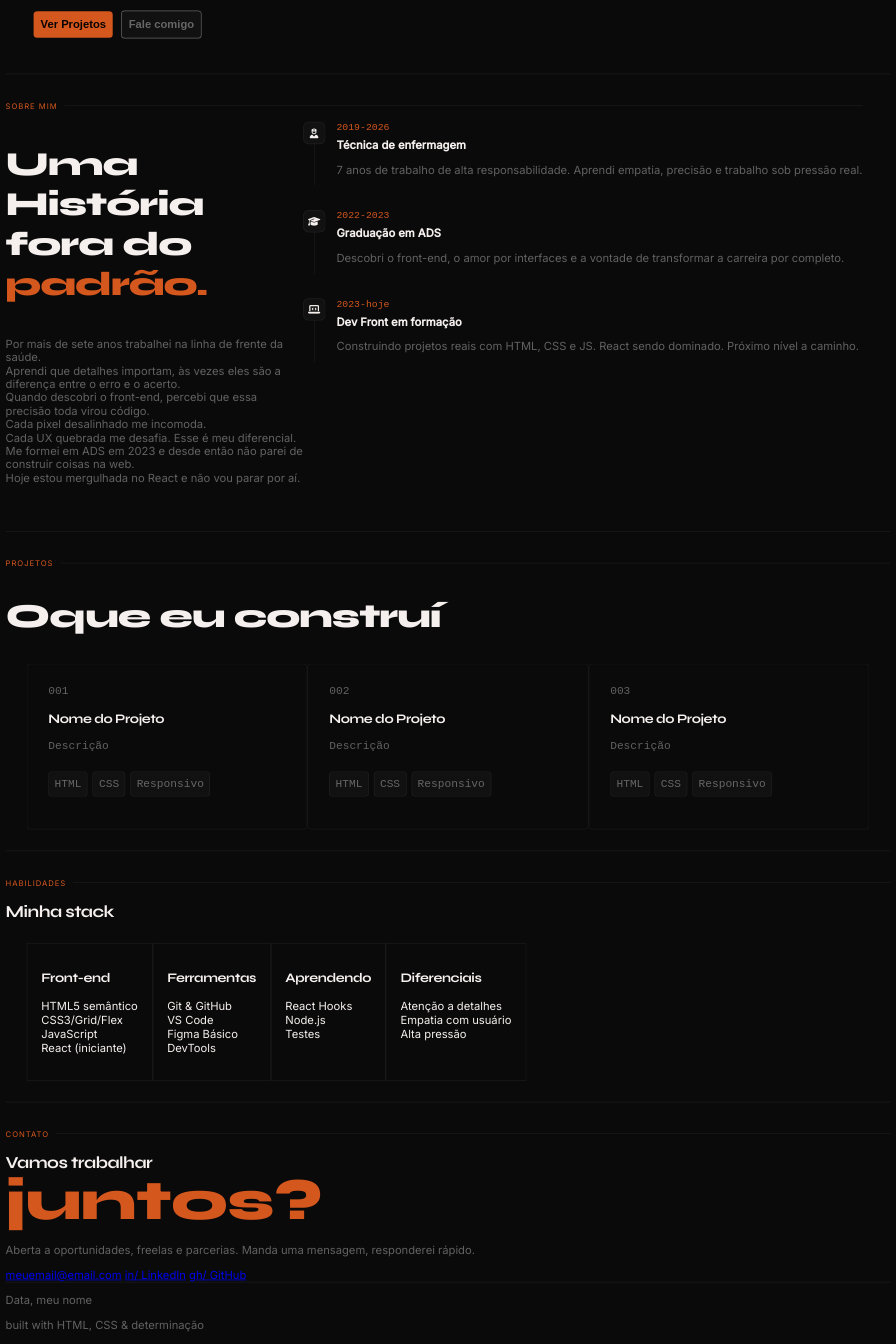
Repository: Bitroia/Portifolio
Page: index.html
These files come from the project's save history. The page is drawn as it stood at one moment and after a run of saves; the edit follows.
The browser window is 1280 px wide. The pictures show the part of the page from y = 710 to 2630 px (the page is 2630 px tall), at 70% of full size.
Some web fonts or font styles are not loaded; a fallback is used.

Above is the page before, as saved 2026-04-30 19:03:33.

### index.html
<!doctype html>
<html lang="pt-br">
  <head>
    <meta charset="UTF-8" />
    <meta name="viewport" content="width=device-width, initial-scale=1.0" />
    <link rel="stylesheet" href="styles/style.css" />
    <script src="scripts/script.js" defer></script>
    <link
      href="https://fonts.googleapis.com/css2?family=Syne:wght@400;700;800&family=Inter:wght@300;400;500&display=swap"
      rel="stylesheet"
    />
    <link
      href="https://fonts.googleapis.com/css2?family=Syne:wght@400;700;800&family=Syne+Mono&family=Inter:wght@300;400;500&display=swap"
      rel="stylesheet"
    />
    <link
      rel="stylesheet"
      href="https://cdnjs.cloudflare.com/ajax/libs/font-awesome/6.5.0/css/all.min.css"
    />
    <title>Meu portifólio</title>
  </head>
  <body>
    <header>
      <nav id="nav-container">
        <h2>vitoria.cardozo</h2>
        <ul id="ul-container">
          <li><a href="#">SOBRE</a></li>
          <li><a href="#">PROJETOS</a></li>
          <li><a href="#">SKILLS</a></li>
          <li><a href="#">CONTATO</a></li>
        </ul>
      </nav>
    </header>
    <main>
      <section id="hero-section">
        <section id="sections-container">
          <section id="introduction-section">
            <div id="available-container">
              <span class="dot-2"></span>
              <p class="available-p">Disponível para oportunidades</p>
            </div>
            <span class="line-1">Front-end</span>
            <span class="line-2">que veio da</span>
            <span class="accent">linha de frente</span>
            <p class="p-introduction">
              Da enfermagem para o código. Construo interfaces <br />
              com a mesma precisão que aprendi cuidando de <br />
              pessoas. ADS 2023. HTML, CSS, JS. React no forno.
            </p>
            <button id="projects-btn">Ver Projetos</button>
            <button id="talk-to-me-btn">Fale comigo</button>
          </section>
          <section id="secondary-section">
            <div id="info-container">
              <div class="terminal-bar">
                <span class="dot red"></span>
                <span class="dot yellow"></span>
                <span class="dot green"></span>
                <span class="terminal-title">perfil.json</span>
              </div>
              <div id="code-info-container">
                <pre><code><span class="t-comment">// desenvolvendo front-end</span>
          {
        <span class="t-key">"nome"</span>: <span class="t-str">"Vitoria Cardozo"</span>,
        <span class="t-key">"stack"</span>: [<span class="t-str">"HTML"</span>, <span class="t-str">"CSS"</span>, <span class="t-str">"JS"</span>, <span class="t-str">"React"</span>],
        <span class="t-key">"formação"</span>: <span class="t-str">"ADS 2023"</span>,
        <span class="t-key">"background"</span>: <span class="t-str">"Enfermagem"</span>,
        <span class="t-key">"status"</span>: <span class="t-const">open_to_work</span>
         }
                </code></pre>
              </div>
            </div>
            <ul class="mini-cards-container">
              <li class="mini-card">
                <span class="num">5+</span>
                <span class="label">Anos desenvolvendo atenção a detalhes</span>
              </li>
              <li class="mini-card">
                <span class="num">ADS</span>
                <span class="label"
                  >Graduação em Análise e desenvolvimento de Sistemas</span
                >
              </li>
              <li class="mini-card">
                <span class="num">3+</span>
                <span class="label">Projetos front-end no portfólio</span>
              </li>
              <li class="mini-card">
                <span class="num">&#8734;</span>
                <span class="label">Vontade de aprender e crescer</span>
              </li>
            </ul>
          </section>
        </section>
      </section>
      <section id="about-me-section">
        <span class="title">Sobre mim</span>
        <section id="history-section">
          <h1 class="font-history">
            <span class="font-history-1">Uma História</span><br />fora do
            <span class="font-history-2">padrão.</span>
          </h1>
          <p>
            Por mais de sete anos trabalhei na linha de frente da saúde. <br />
            Aprendi que detalhes importam, às vezes eles são a diferença entre o
            erro e o acerto. <br />
            Quando descobri o front-end, percebi que essa precisão toda virou
            código. <br />
            Cada pixel desalinhado me incomoda. <br />
            Cada UX quebrada me desafia. Esse é meu diferencial. <br />
            Me formei em ADS em 2023 e desde então não parei de construir coisas
            na web. <br />
            Hoje estou mergulhada no React e não vou parar por aí.
          </p>
        </section>
        <section id="experiences-section">
          <dl class="experiences-list">
            <div class="exp-row">
              <div class="exp-item">
                <div class="box-icon">
                  <i class="fa-solid fa-user-nurse icon"></i>
                </div>
              </div>
              <div class="exp-content">
                <dt class="date-exp">2019-2026</dt>
                <dd class="desc-exp">
                  <strong>Técnica de enfermagem</strong>
                  <p>
                    7 anos de trabalho de alta responsabilidade. Aprendi
                    empatia, precisão e trabalho sob pressão real.
                  </p>
                </dd>
              </div>
            </div>
            <div class="exp-row">
              <div class="exp-item">
                <div class="box-icon">
                  <i class="fa-solid fa-graduation-cap icon"></i>
                </div>
              </div>
              <div class="exp-content">
                <dt class="date-exp">2022-2023</dt>
                <dd class="desc-exp">
                  <strong>Graduação em ADS</strong>
                  <p>
                    Descobri o front-end, o amor por interfaces e a vontade de
                    transformar a carreira por completo.
                  </p>
                </dd>
              </div>
            </div>
            <div class="exp-row">
              <div class="exp-item">
                <div class="box-icon">
                  <i class="fa-solid fa-laptop-code icon"></i>
                </div>
              </div>
              <div class="exp-content">
                <dt class="date-exp">2023-hoje</dt>
                <dd class="desc-exp">
                  <strong>Dev Front em formação</strong>
                  <p>
                    Construindo projetos reais com HTML, CSS e JS. React sendo
                    dominado. Próximo nível a caminho.
                  </p>
                </dd>
              </div>
            </div>
          </dl>
        </section>
      </section>
      <section id="projects-section">
        <span class="title">Projetos</span>
        <h2 class="font-build">Oque eu construí</h2>
        <div id="article-container">
          <article class="project-card">
            <a href="#" class="link-overlay" target="_blank"></a>
            <span class="num-article">001</span>
            <h3>Nome do Projeto</h3>
            <p>Descrição</p>
            <ul class="tech-tags">
              <li>HTML</li>
              <li>CSS</li>
              <li>Responsivo</li>
            </ul>
          </article>
          <article class="project-card">
            <a href="#" class="link-overlay" target="_blank"></a>
            <span class="num-article">002</span>
            <h3>Nome do Projeto</h3>
            <p>Descrição</p>
            <ul class="tech-tags">
              <li>HTML</li>
              <li>CSS</li>
              <li>Responsivo</li>
            </ul>
          </article>
          <article class="project-card">
            <a href="#" class="link-overlay" target="_blank"></a>
            <span class="num-article">003</span>
            <h3>Nome do Projeto</h3>
            <p>Descrição</p>

            <ul class="tech-tags">
              <li>HTML</li>
              <li>CSS</li>
              <li>Responsivo</li>
            </ul>
          </article>
        </div>
      </section>
      <section id="skills-section">
        <span class="title">Habilidades</span>
        <h1>Minha stack</h1>
        <div id="stacks-container">
          <article class="stack-card">
            <h3>Front-end</h3>
            <ul class="stack-ul">
              <li>HTML5 semântico</li>
              <li>CSS3/Grid/Flex</li>
              <li>JavaScript</li>
              <li>React (iniciante)</li>
            </ul>
          </article>
          <article class="stack-card">
            <h3>Ferramentas</h3>
            <ul class="stack-ul">
              <li>Git & GitHub</li>
              <li>VS Code</li>
              <li>Figma Básico</li>
              <li>DevTools</li>
            </ul>
          </article>
          <article class="stack-card">
            <h3>Aprendendo</h3>
            <ul class="stack-ul">
              <li>React Hooks</li>
              <li>Node.js</li>
              <li>Testes</li>
            </ul>
          </article>
          <article class="stack-card">
            <h3>Diferenciais</h3>
            <ul class="stack-ul">
              <li>Atenção a detalhes</li>
              <li>Empatia com usuário</li>
              <li>Alta pressão</li>
            </ul>
          </article>
        </div>
      </section>
      <section id="go-to-work-section">
        <span class="title">Contato</span>
        <h1>
          Vamos trabalhar
          <span class="accent">juntos?</span>
        </h1>
        <p>
          Aberta a oportunidades, freelas e parcerias. Manda uma mensagem,
          responderei rápido.
        </p>
        <a href="#" class="contact-link">meuemail@email.com</a>
        <a href="#" class="contact-link">in/ LinkedIn</a>
        <a href="#" class="contact-link">gh/ GitHub</a>
      </section>
    </main>
    <footer>
      <p>Data, meu nome</p>
      <p>built with HTML, CSS & determinação</p>
    </footer>
  </body>
</html>

### styles/style.css
:root {
  --fundo-geral: #0a0a0a;
  --fundo-cards: #111111;
  --hovers: #d8b5b5;
  --text: #f5f0ee;
  --second-text: #f5f0ee61;
  --dark-text: #050202;
  --accent: #d4571e;
  --accent-hover: #ff6a2a;
  --border: #f5f0ee12;
  --t-str: #7dd3fc;
  --t-comment: #5a6a1f;
  --font-title: "Syne", sans-serif;
  --font-body: "Inter", sans-serif;
  --font-mono: 'Syne Mono', monospace;
}
@keyframes pulse {
  0%,
  100% {
    opacity: 1;
    transform: scale(1);
  }
  50% {
    opacity: 0.4;
    transform: scale(1.5);
  }
}
* {
  padding: 0;
}

h1,
h2,
h3 {
  font-weight: 600;
  letter-spacing: -0.03em;
  color: var(--text);
  font-family: var(--font-title);
}

.line-1,
.accent {
  font-family: var(--font-title);
  font-weight: 800;
}

.font-history {
  font-size: 3rem;
  font-weight: 800;
}

.font-history-2 {
  color: var(--accent);
}

p {
  color: var(--second-text);
  line-height: 1.2;
}

.title {
  display: flex;
  align-items: center;
  gap: 10px;
  width: 100%;
}
.title::after {
  content: "";
  flex: 1;
  height: 1px;
  background-color: var(--border);
}

body {
  background-color: var(--fundo-geral);
  color: var(--text);
  font-family: var(--font-body);
  font-weight: 400;
}

/* Header */

header {
  border-bottom: 1px solid var(--border);
}

#nav-container {
  display: flex;
  justify-content: space-between;
  padding: 0.5px;
}

#ul-container {
  display: flex;
  list-style: none;
  gap: 1rem;
}

#ul-container a {
  text-decoration: none;
  color: var(--second-text);
  font-size: 13px;
  transition: 0.5s;
}

#ul-container a:hover {
  color: var(--hovers);
}

/* Apresentação */

#available-container {
  display: flex;
  flex-direction: row;
  align-items: center;
  gap: 8px;
}

.line-1 {
  color: var(--text);
  display: block;
  font-size: 5rem;
  width: 100%;
  line-height: 1;
}

.line-2 {
  color: var(--second-text);
  display: block;
  font-size: 4rem;
  width: 100%;
  display: inline-block;
  line-height: 1;
}

.accent {
  color: var(--accent);
  font-size: 5rem;
  display: block;
  line-height: 1;
}

.available-p {
  color: var(--accent);
}

/* Cards */

#info-container {
  display: flex;
  flex-direction: column;
  width: 700px;
  border-radius: 5px;
}

.terminal-bar {
  display: flex;
  gap: 8px;
  align-items: center;
  padding: 10px 14px;
  background-color: #181818;
  border-bottom: 2px solid var(--fundo-cards);
  border-radius: 5px;
  margin-bottom: 0;
}
.dot-2 {
  background-color: #ccff00;
  animation: pulse 2s ease-in-out infinite;
  width: 5px;
  height: 5px;
  border-radius: 50%;
  display: inline-block;
}

.dot {
  width: 8px;
  height: 8px;
  border-radius: 50%;
  display: inline-block;
}

.dot.red {
  background-color: #ff5f57;
}
.dot.yellow {
  background: #ffbd2e;
}
.dot.green {
  background: #28c840;
}

.terminal-title {
  font-family: var(--font-mono);
  font-size: 11px;
  color: var(--second-text);
  margin: 0 auto;
}

#code-info-container {
  color: var(--second-text);
  background-color: var(--fundo-cards);
  border-radius: 3px;
  font-size: 12px;
  line-height: 2;
  height: 210px;
}

#code-info-container pre {
  margin: 0;
  padding: 1rem;
  white-space: pre; /* mantém a formatação do código */
  max-width: 100%; /* não vaza do pai */
}

.t-comment {
  color: var(--t-comment);
}

.t-key {
  color: var(--accent);
}

.t-str {
  color: var(--t-str);
}
/* Sessões */

#hero-section {
  padding: 0 40px 50px 0;
  margin-top: 3%;
  border-bottom: 1px solid var(--border);
}

#introduction-section {
  flex: 1;
}

#introduction-section .p-introduction {
  border-left: var(--accent) 2px solid;
  padding-left: 12px;
}

#secondary-section {
  width: 700px;
  height: 550px;
}

.mini-cards-container {
  display: grid;
  grid-template-columns: repeat(2, 1fr);
  gap: 16px;
  width: 700px;
}

.mini-card {
  display: flex;
  border: 1px solid var(--border);
  padding: 30px;
  list-style: none;
  text-align: center;
  flex-direction: column;
  border-radius: 5px;
  flex: 0 0 calc(50% - 8px);
  background-color: var(--fundo-cards);
}

.num {
  color: var(--accent);
  font-family: var(--font-title);
  font-size: 23px;
  font-weight: 800;
  letter-spacing: -0.03em;
  margin-bottom: 6px;
  text-align: left;
}

.mini-card .label {
  color: var(--second-text);
  text-align: left;
  margin-top: 5px;
  font-size: 16px;
  font-family: var(--font-mono);
}

#sections-container {
  display: flex;
  gap: 40px;
  margin-top: 3%;
  padding: 0 40px;
}

#introduction-section p {
  justify-self: left;
  display: block;
}

#about-me-section {
  padding: 0 40px 50px 0;
  margin-top: 3%;
  border-bottom: 1px solid var(--border);
  display: flex;
  flex-wrap: wrap;
}

.title,
.available-p {
  font-family: var(--mono);
  font-size: 11px;
  letter-spacing: 0.12em;
  text-transform: uppercase;
  color: var(--accent);
  display: flex;
  align-items: center;
  gap: 10px;
}

#history-section {
  flex: 1;
}

.date-exp {
  color: var(--accent);
  font-family: var(--font-mono);
  font-size: 14px;
  margin-bottom: 3px;
}

.experiences-list {
  display: flex;
  flex-direction: column;
  gap: 32px; /* espaço entre cada experiência */
}

.exp-item {
  position: relative;
}

.exp-content {
  display: flex;
  flex-direction: column;
}

.desc-exp {
  margin: 4px 0 0 0;
}

.box-icon {
  position: relative;
  flex-shrink: 0; /* impede o ícone de encolher */
  display: flex;
  align-items: center;
  border: 1px solid var(--border);
  justify-content: center;
  width: 30px;
  height: 30px;
  border-radius: 8px;
  background-color: var(--fundo-cards);
}

.icon {
  font-size: 14px;
}

.exp-item:not(:last-child) .box-icon::after {
  content: "";
  position: absolute;
  top: 100%;
  left: 50%;
  transform: translateX(-50%);
  width: 1px;
  height: 60px;
  background-color: var(--border);
}

/* Linha do tempo */

.exp-row {
  display: flex;
  gap: 16px;
  align-items: flex-start;
}

#projects-section {
  margin-top: 3%;
  border-bottom: 1px solid var(--border);
}

.font-build{
  font-size: 3rem;
  font-weight: 800;
}

#article-container{
  display: flex;
  margin: 30px;
  font-family: var(--font-mono);
}

.project-card{
  border: 1px solid var(--border);
  padding: 30px;
  width: 90%;
  text-align: left;
  border-radius: 5px;
  cursor: pointer;
  position: relative;
  overflow: hidden;
}

.project-card::before{
  content: '';
  position: absolute;
  top: 0;
  left: 0;
  right: 0;
  height: 2px;
  background: var(--accent);
  transform: scaleX(0);
  transform-origin: left;
  transition: transform 0.3s ease;
}

.project-card:hover{

background-color: var(--border);
}

.project-card:hover::before {
  transform: scaleX(1);
}

.link-overlay{
  position: absolute;
  inset: 0;
}

.num-article{
  color: var(--second-text);
  font-family: var(--font-mono);
}

.tech-tags{
  list-style: none;
  display: flex;
  gap: 7px;
}

.tech-tags li{
  border: 1px solid var(--border);
  text-align: center;
  background-color: var(--fundo-cards);
  border-radius: 5px;
  padding: 8px;
  color: var(--second-text);
  margin-top: 10px;
}

#skills-section {
  margin-top: 3%;
  border-bottom: 1px solid var(--border);
}

#stacks-container{
  display: flex;
  margin: 30px;
}

.stack-card{
  border: 1px solid var(--border);
  padding: 20px;
}

.stack-ul{
  list-style: none;
}

#go-to-work-section {
  margin-top: 3%;
  border-bottom: 1px solid var(--border);
}
/* Botões */

#projects-btn {
  background-color: var(--accent);
  padding: 10px;
  border-radius: 5px;
  border: none;
  color: var(--dark-text);
  font-size: 1rem;
  font-weight: 600;
  text-align: center;
  transition: transform 0.2s ease;
}

#talk-to-me-btn {
  background-color: var(--fundo-cards);
  padding: 10px;
  border-radius: 5px;
  border: 1px solid var(--second-text);
  color: var(--second-text);
  margin-left: 7px;
  font-weight: 600;
  text-align: center;
  font-size: 1rem;
  transition: transform 0.2s ease;
}

#projects-btn:hover {
  background-color: var(--accent-hover);
  box-shadow:
    0 0 10px rgba(212, 87, 30, 0.6),
    0 0 20px rgba(212, 87, 30, 0.4);
  transform: translateY(-2px);
}

#talk-to-me-btn:hover {
  background-color: var(--fundo-geral);
  color: var(--accent);
  border: 1px solid var(--accent);
  transform: translateY(-3px);
}

Loaded but not shown: scripts/script.js (no stored copy; drawn as an empty file)

After the next 4 saves:
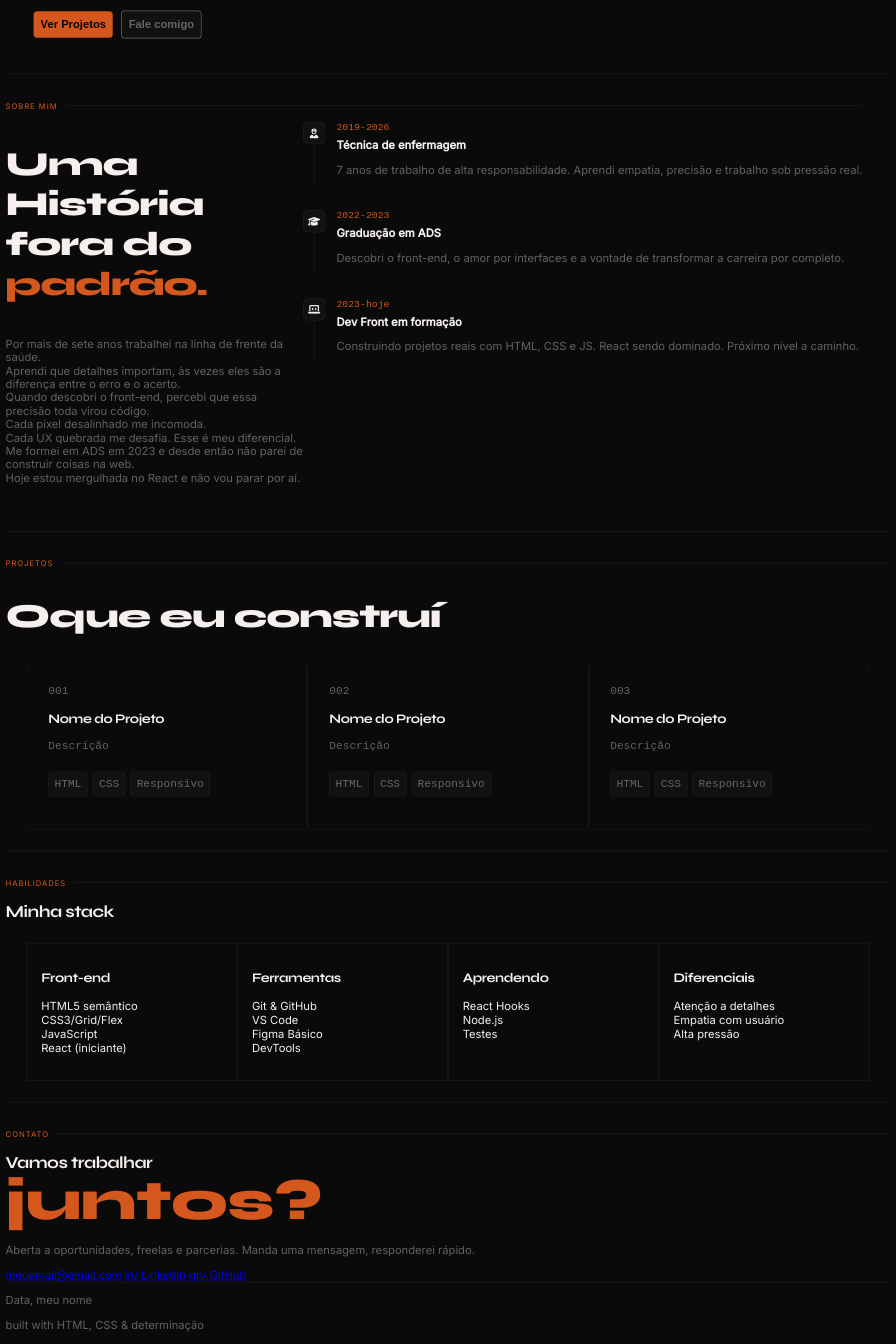
The 4 saves are shown as one change because they came seconds apart.
The last was saved 13 s later.
--- a/styles/style.css
+++ b/styles/style.css
@@ -468,6 +468,7 @@ background-color: var(--border);
 .stack-card{
   border: 1px solid var(--border);
   padding: 20px;
+  width: 40%;
 }
 
 .stack-ul{
